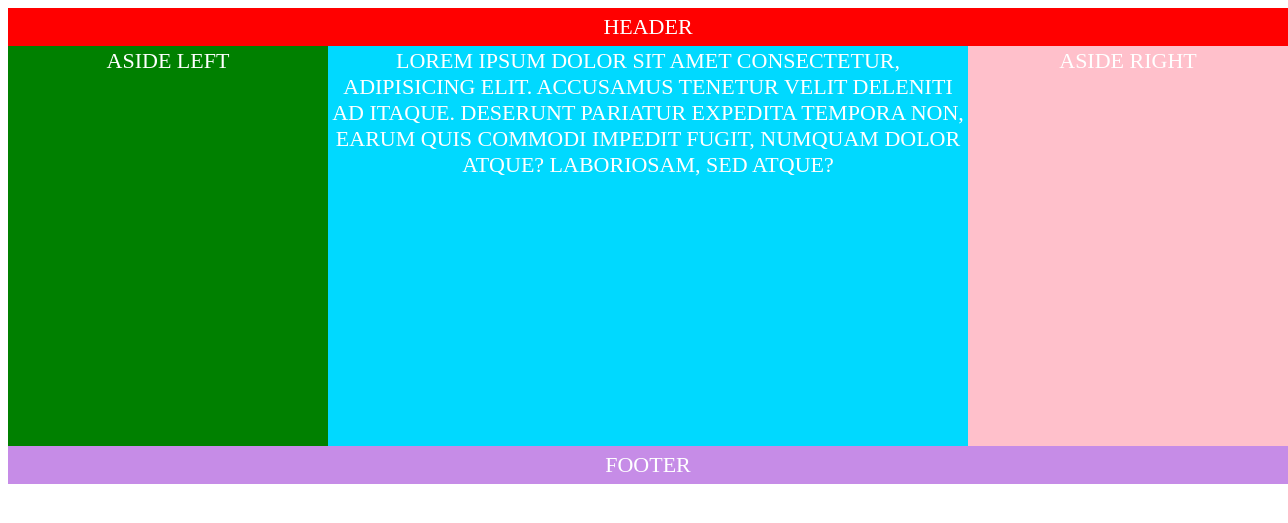
Repository: magdaf41/CSS
Page: zadanie_7/index.html
An editor plug-in stored every save of this project. The page is shown before and after the next save, followed by the edit.
The browser window is 1280 px wide. The page is 1288 px wide, so the pictures cover 1288 px, including what lies to the right of the window. The pictures show the whole page.

Above is the page before, as saved 2020-08-24 22:06:41.

After the next save:
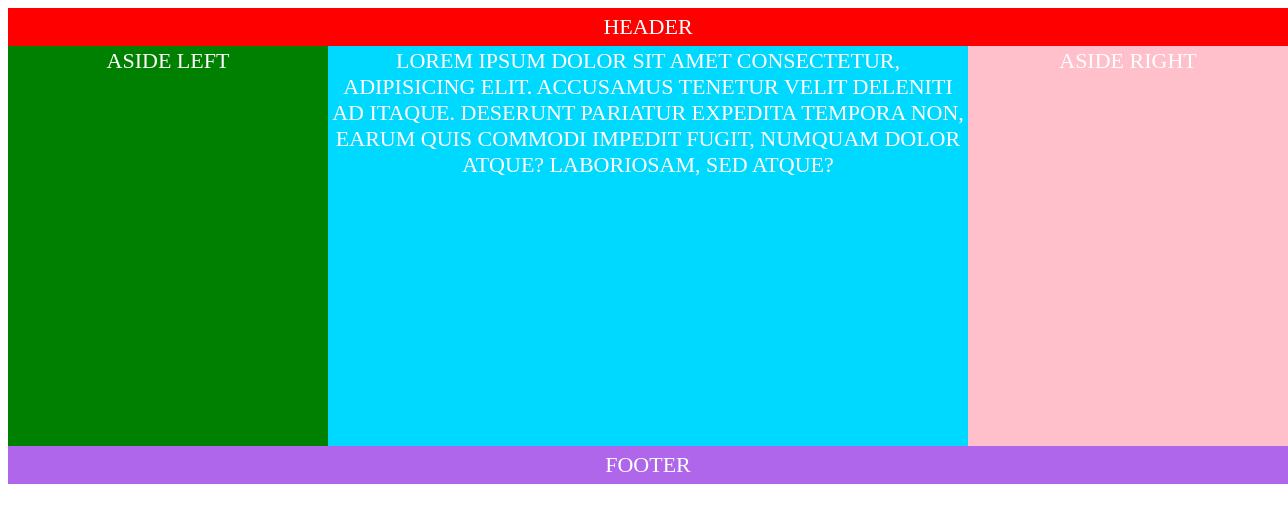
Saved 42 s later.
--- a/zadanie_7/css/style.css
+++ b/zadanie_7/css/style.css
@@ -45,7 +45,7 @@ aside {
 }
 
 footer {
-    background-color: rgb(198, 140, 231);
+    background-color: rgb(175, 102, 235);
     height: 10%;
     padding: 6px 0;
 }
